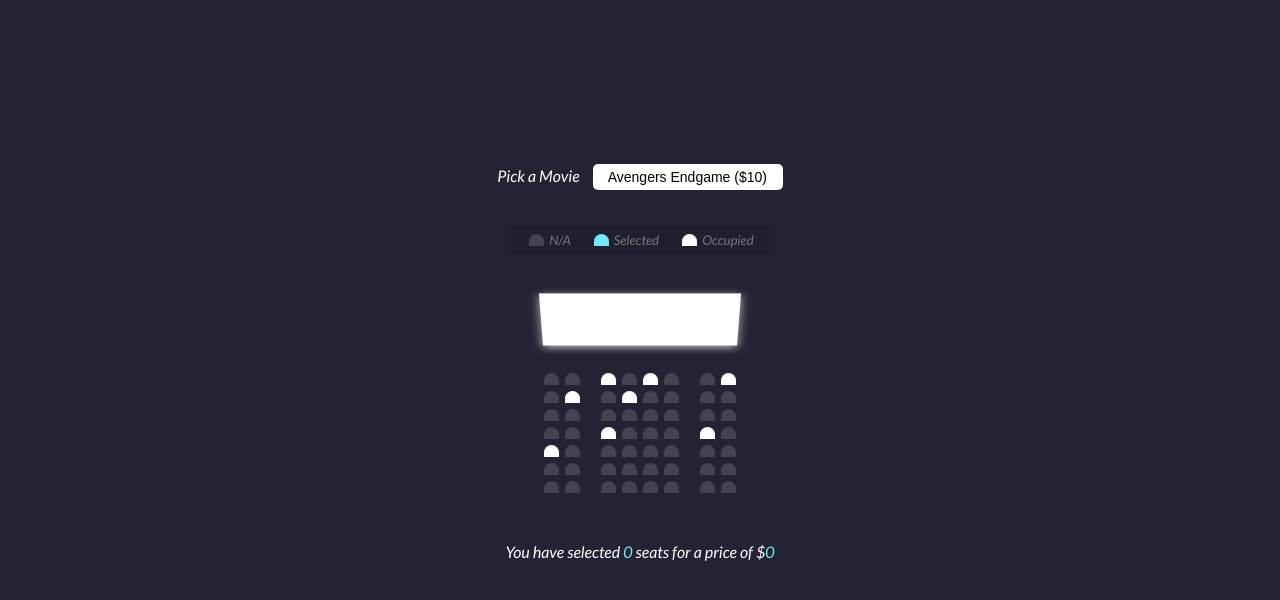
Repository: Izaya171/programming
Page: movieTickets/index.html
The author's editor kept a copy of each file at every save. The page is drawn from the files as they stood at one save, then again after the next save.
The browser window is 1280 px wide. The pictures show the whole page.

Above is the page before, as saved 2021-09-18 15:31:15.

After the next save:
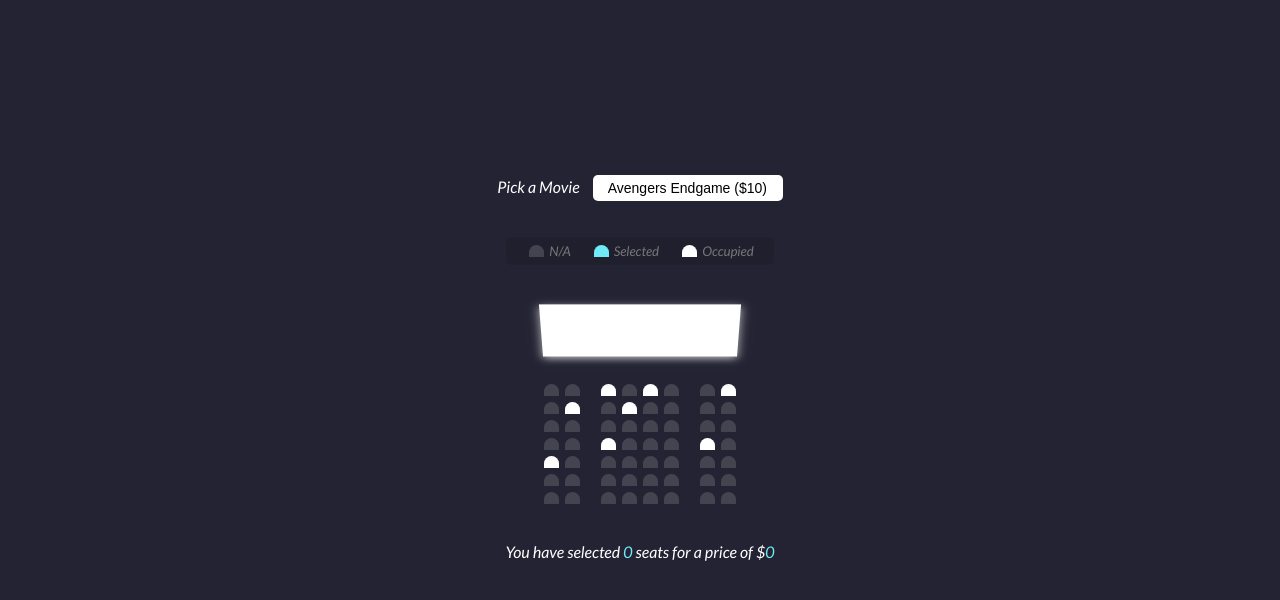
Saved 21 s later.
--- a/movieTickets/styles.css
+++ b/movieTickets/styles.css
@@ -105,6 +105,10 @@
     box-shadow: 0 3px 10px rgba(255, 255, 255, 0.7);
 }
 
+p.text {
+    margin: 5px 0;
+}
+
 p.text span {
     color: #6feaf6;
 }
